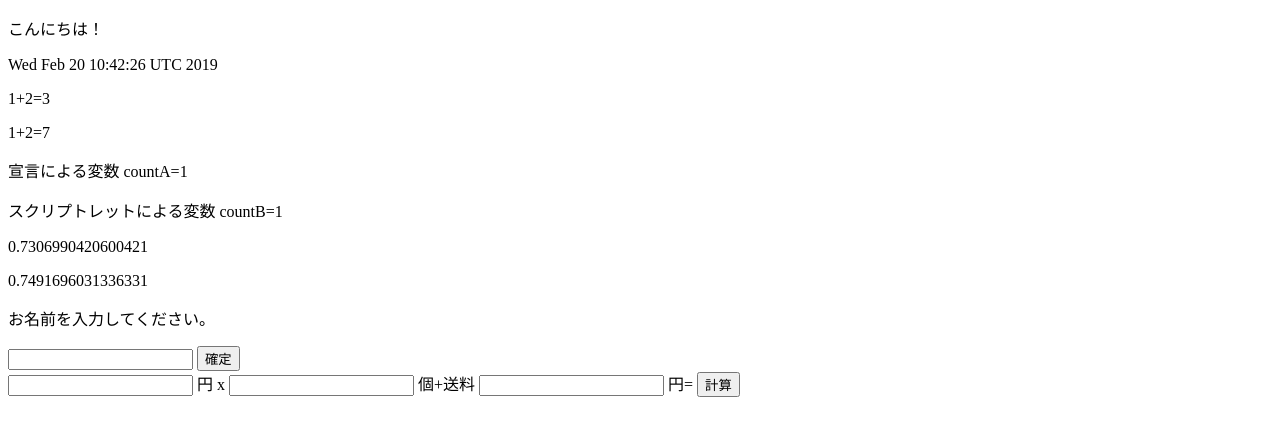
Repository: fujimon-san1996/test
Page: http://localhost/HelloJSP/
An editor plug-in stored every save of this project. The page is shown before and after the next save, followed by the edit.
The browser window is 1280 px wide. The pictures show the whole page.
The page is served by Tomcat 9.

Above is the page before, as saved 2019-02-25 12:13:53.

After the next save:
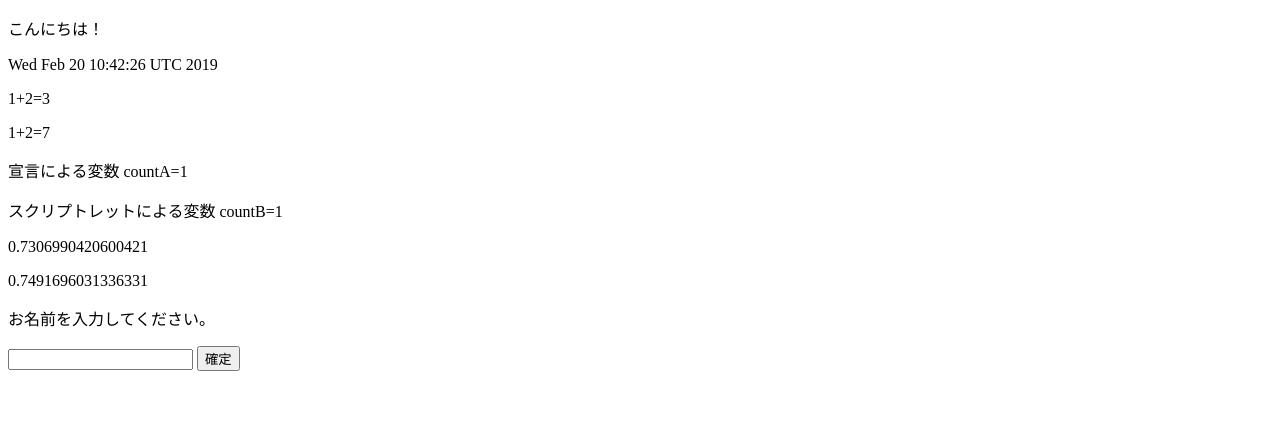
Saved 14 s later.
--- a/HelloJSP/WebContent/index.jsp
+++ b/HelloJSP/WebContent/index.jsp
@@ -35,17 +35,5 @@ countB++;
 <input type="text" name="user">
 <input type="submit" value="確定">
 </form>
-
-<form method="post" action="total-out.jsp">
-<input type="text" name="price">
-円 x
-<input type="text" name="count">
-個+送料
-<input type="text" name="delivery">
-円=
-<input type="submit" value="計算">
-
-
-</form>
 </body>
 </html>
